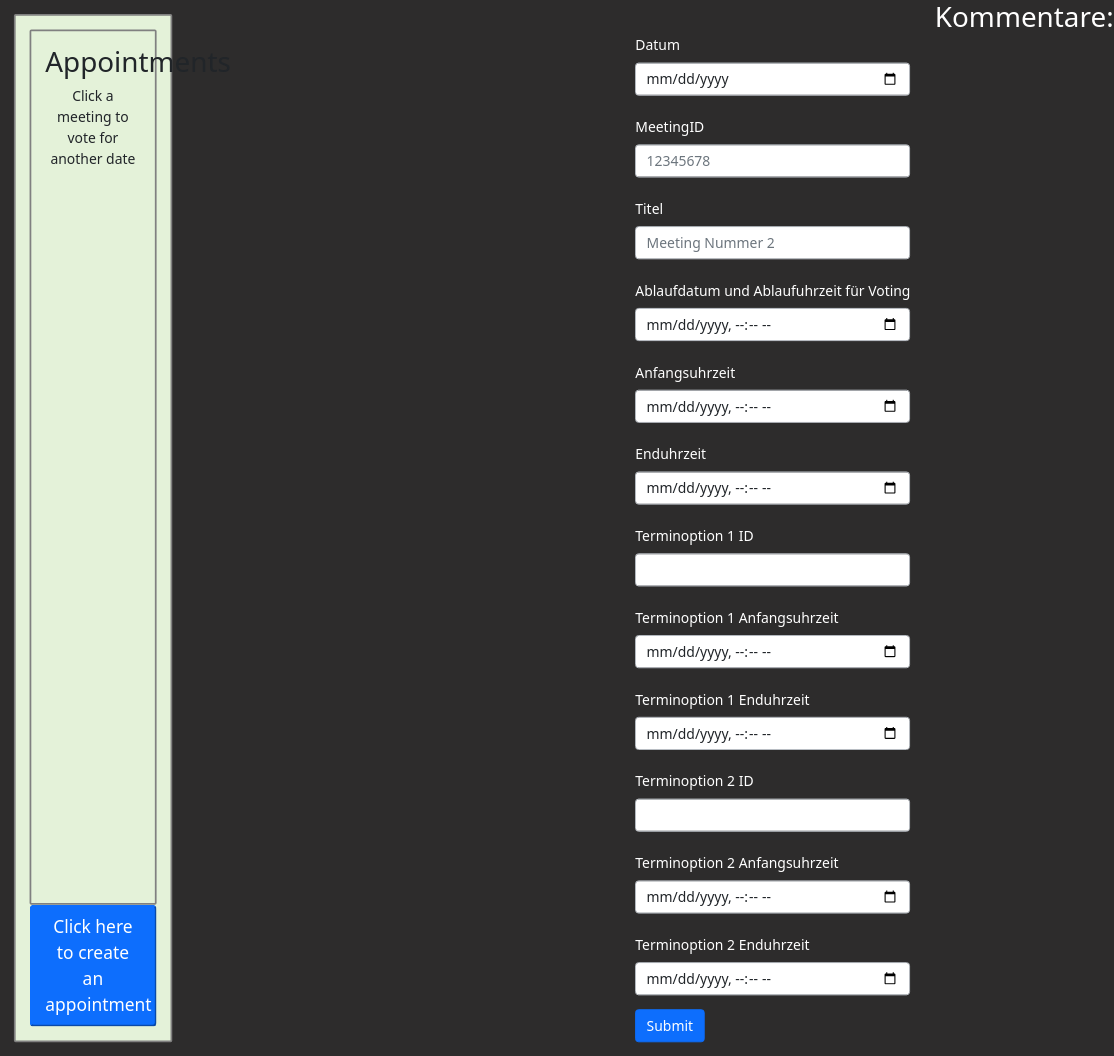
Repository: wlichon/Semesterprojekt
Page: index.html
The author's editor kept a copy of each file at every save. The page is drawn from the files as they stood at one save, then again after a run of saves.
The browser window is 1280 px wide. The pictures show the whole page, at 87% of full size.
The page's requests for data from a server got no answer. Some web libraries are served in a nearby version.

Above is the page before, as saved 2022-04-27 23:50:02.

### index.html
<!DOCTYPE html>
<html lang="en">
<head>
    <link href="https://cdn.jsdelivr.net/npm/bootstrap@5.1.3/dist/css/bootstrap.min.css" rel="stylesheet" integrity="sha384-1BmE4kWBq78iYhFldvKuhfTAU6auU8tT94WrHftjDbrCEXSU1oBoqyl2QvZ6jIW3" crossorigin="anonymous">
    <link rel="stylesheet" href="https://cdn.jsdelivr.net/npm/bootstrap-icons@1.8.1/font/bootstrap-icons.css">
    <script
    src="https://code.jquery.com/jquery-3.6.0.min.js"
    integrity="sha256-/xUj+3OJU5yExlq6GSYGSHk7tPXikynS7ogEvDej/m4="
    crossorigin="anonymous"></script>
    <script src="https://cdnjs.cloudflare.com/ajax/libs/jqueryui/1.12.1/jquery-ui.min.js" integrity="sha512-uto9mlQzrs59VwILcLiRYeLKPPbS/bT71da/OEBYEwcdNUk8jYIy+D176RYoop1Da+f9mvkYrmj5MCLZWEtQuA==" crossorigin="anonymous" referrerpolicy="no-referrer"></script>
    <meta charset="UTF-8">
    <meta http-equiv="X-UA-Compatible" content="IE=edge">
    <meta name="viewport" content="width=device-width, initial-scale=1.0">
    <link rel="stylesheet" href="frontend/css/mystyle.css">
    <script src="frontend/script/script.js" defer></script>
    <title>Appointment Finder</title>
</head>
<body class="d-flex justify-content-center">
    <div class="container m-3 d-flex justify-content-center">
        <div class="events row flex-grow-1" id="events">
            <div class="col-md-3 d-flex justify-content-between" style="flex-direction: column">

                <div class="col">
                    <h2 class="align-self-center">Appointments</h2>
                    <p class="">Click a meeting to vote for another date</p>
                </div>
                <button class = "btn-primary btn-lg" id = "createappointment"> Click here to create an appointment</button>


                </div>
             </div>

             <form id = "checkboxnamecomment">
            <div class="appointments row flex-grow-1" id="appointments">
                <div class="col-md d-flex justify-content-between" style="flex-direction: column">
                    <div class="row h-80">
                        <div class="col">
                           <h2 class="align-self-center">Options</h2>
                        </div>
                    </div>
                    <!--
                    <div class="row inputs h-20 align-self-bottom">
                        <div class="col-md">
                            <i class="bi bi-person-circle m-1"></i><input type="text" placeholder="Name" name = "personname" id = "personname" >
                        </div>
                    </div>
                    -->
                </div>
            </form>
        </div>



        <form id = "createappointmentform" >
            <div class="form-group">
              <label for="date" class ="text-white mt-4 mb-2">Datum</label>
              <input type="date" class="form-control" name="date" id="date" required>
            </div>
            <div class="form-group">
                <label for="meetingid" class ="text-white mt-4 mb-2">MeetingID</label>
                <input type="number" class="form-control" name="meetingid" id="meetingid" placeholder="12345678" required>
            </div>
            <div class="form-group">
                <label for="title" class ="text-white mt-4 mb-2">Titel</label>
                <input type="text" class="form-control" name="title" id="title" placeholder="Meeting Nummer 2" required>
            </div>
              <div class="form-group">
                <label for="votingExpirationDate" class ="text-white mt-4 mb-2">Ablaufdatum und Ablaufuhrzeit für Voting</label>
                <input type="datetime-local" class="form-control" name="votingExpirationDate" id="votingExpirationDate"  required>
            </div>
              <div class="form-group">
                <label for="begin" class ="text-white mt-4 mb-2">Anfangsuhrzeit</label>
                <input type="datetime-local" class="form-control" name="begin" id="begin" required>
            </div>
              <div class="form-group">
                <label for="end" class ="text-white mt-4 mb-2">Enduhrzeit</label>
                <input type="datetime-local" class="form-control" name="end" id="end"  required>
            </div>
            <div class="form-group">
                <label for="terminoption1id" class ="text-white mt-4 mb-2">Terminoption 1 ID</label>
                <input type="number" class="form-control" name="terminoption1id" id="terminoption1id"  required>
            </div>
            <div class="form-group">
                <label for="terminoption1begin" class ="text-white mt-4 mb-2">Terminoption 1 Anfangsuhrzeit</label>
                <input type="datetime-local" class="form-control" name="terminoption1begin" id="terminoption1begin"  required>
            </div>
            <div class="form-group">
                <label for="terminoption1end" class ="text-white mt-4 mb-2">Terminoption 1 Enduhrzeit</label>
                <input type="datetime-local" class="form-control" name="terminoption1end" id="terminoption1end"  required>
            </div>
            <div class="form-group">
                <label for="terminoption2id" class ="text-white mt-4 mb-2">Terminoption 2 ID</label>
                <input type="number" class="form-control" name="terminoption2id" id="terminoption2id"  required>
            </div>
            <div class="form-group">
                <label for="terminoption2begin" class ="text-white mt-4 mb-2">Terminoption 2 Anfangsuhrzeit</label>
                <input type="datetime-local" class="form-control" name="terminoption2begin" id="terminoption2begin"  required>
            </div>
            <div class="form-group">
                <label for="terminoption2end" class ="text-white mt-4 mb-2">Terminoption 2 Enduhrzeit</label>
                <input type="datetime-local" class="form-control" name="terminoption2end" id="terminoption2end"  required>
            </div>
            <button name = "submit" type="submit" class="btn btn-primary mt-3">Submit</button>
          </form>
            </div>
            <h2 class = "text-white"> Kommentare: </h2>

    <script src="https://cdn.jsdelivr.net/npm/bootstrap@5.1.3/dist/js/bootstrap.bundle.min.js" integrity="sha384-ka7Sk0Gln4gmtz2MlQnikT1wXgYsOg+OMhuP+IlRH9sENBO0LRn5q+8nbTov4+1p" crossorigin="anonymous"></script>
</body>
</html>

### frontend/css/mystyle.css
[class*="col"]{
    text-align:center;
    border: 2px solid grey;
    padding: 1rem;
    border-radius: 2px;
    background-color:rgb(228, 242, 217);
}

.bi-person-circle{
    font-size: 1.5rem;
}

.inputs > div{
    background-color: rgb(89, 209, 61);
}

body{
    background-color:rgb(45, 44, 44);
}

.wrapper{
    border-radius: 5px;
    border: none;
    background-color: lightcyan;
}

.container{
    border-radius: 5px;
}

#lslide{
    background-color:blue;
    border-radius:10px;
}

.event{
    cursor: pointer;
}

.event:hover{
    background-color:blue;
}

.noevent:hover{
    pointer-events: none;
}

.bi-backspace-fill:hover{
    cursor:pointer;
    background-color: red;
}

### frontend/script/script.js
"use strict";
var months = ["Jan", "Feb", "Mar", "Apr", "May", "Jun", "Jul", "Aug", "Sep", "Oct", "Nov", "Dec"];
var days = ["Mon", "Tue", "Wed", "Thu", "Fri", "Sat", "Sun"];
var slidebutton = "<div class='btn btn-primary col-auto p-1' id='lslide'><i class='bi bi-chevron-left'></i></div>";
var commentbar = "<div class='row mt-5 comment'><div class='input-group input-group-lg'><span class='input-group-text' id='inputGroup-sizing-lg'>Comment</span><input type='text' class='form-control' aria-label='Sizing example input' aria-describedby='inputGroup-sizing-lg'><button class='btn btn-outline-secondary bg-primary text-white' type='button' id='submit'>Submit</button></div></div>";
$(function () {
    $("#appointments").hide();
    $("#events").hide();
    $.ajax({
        type: "GET",
        url: "backend/serviceHandler.php",
        cache: false,
        data: { function: "loadAppointments" },
        dataType: "json",
        success: function (response) {
            // bei sucess liefert loadAppointments ein Array mit den ganzen Appointments in dem Format:
            //  Appointment("25-06-2027", "Meeting4", "22-05-2025 19:30:00", "18:00", "18:30", [2, 3]) also:
            // Appointment("Tag-Monat-Jahr", "MeetingNummer", "ExpirationDate", "UhrzeitBeginn", "Uhrzeitende", "OptionsID");
            // Appointment ($date,$title,$votingExpirationDate,$begin,$end,$optionIDs)3222
            console.log("success");
            $.each(response, function (i, val) {
                var counter = 1;
                var date = new Date(val["date"]["date"]);
                var month = months[date.getMonth()];
                var day = days[date.getDay()];
                var dayOfMonth = date.getDate();
                var year = date.getFullYear();
                var expiration = val["votingExpirationDate"]["date"].substr(0, 19);
                var begin = val["begin"]["date"].substr(11).substr(0, 8);
                var end = val["end"]["date"].substr(11).substr(0, 8);
                var id = val["optionIDs"];
                $("#events").append("<div class='col-md-2 event' id =" + counter + " + data=" + id + ">" +
                    "<div class='col wrapper'>" +
                    "<h2>" + val["title"] + "</h2>" +
                    "<h4>" + month + "</h4>" +
                    "<h3>" + dayOfMonth + "</h3>" +
                    "<p>" + day + "</p>" +
                    "<p>Begins: " + begin + "</p>" +
                    "<p>Ends: " + end + "</p>" +
                    "<h6><p>Voting ends:</p>" +
                    "<p>" + expiration + "</p></h6>" +
                    "</div> </div>");
                var isexpired = new Date(expiration);
                var today = new Date();
                if (isexpired <= today) {
                    $("#" + counter).append("<h5 class = 'mt-3' > abgelaufen! </h5>");
                    $("#" + counter).attr("class", "col-md-2 noevent");
                }
                counter++;
            });
        },
        complete: function () {
            $(".event").on('click', function (e) {
                var self = e.currentTarget; // Element was das Klick getriggert hat
                $("#events").hide("slide", { direction: "left" }, 1000, function () {
                    console.log(self);
                    var optionIDs_string = self.getAttribute("data");
                    var optionIDs = Array.from(optionIDs_string.split(","));
                    console.log(optionIDs);
                    $.ajax({
                        type: "GET",
                        url: "backend/serviceHandler.php",
                        cache: false,
                        data: { function: "loadOptions", param: optionIDs },
                        dataType: "json",
                        success: function (response) {
                            console.log("success");
                            console.log(response);
                            $.each(response, function (i, val) {
                                var date = new Date(val["date"]["date"]);
                                console.log("loop");
                                var month = months[date.getMonth()];
                                var day = days[date.getDay()];
                                var dayOfMonth = date.getDate();
                                var year = date.getFullYear();
                                var begin = val["begin"]["date"].substr(11).substr(0, 8);
                                var end = val["end"]["date"].substr(11).substr(0, 8);
                                $("#appointments").append("<div class='col-md'>" +
                                    "<div class='col-md event'>" +
                                    "<div class='col wrapper'>" +
                                    "<h4>" + month + "</h4>" +
                                    "<h3>" + dayOfMonth + "</h3>" +
                                    "<p>" + day + "</p>" +
                                    "<p>Begins: " + begin + "</p>" +
                                    "<p>Ends: " + end + "</p>" +
                                    "</div></div>" +
                                    "<div class='row inputs h-20'>" +
                                    "<div class='col-md'><input class='form-check-input' type='checkbox' value=''></div></div></div>");
                            });
                            $("#appointments").append(slidebutton + commentbar);
                            $("#lslide").on('click', slidebar);
                        },
                        error: function (response) {
                            console.log("failure");
                        }
                    }),
                        setTimeout(function () { return $("#appointments").show("slide", 1000); }, 100);
                });
            });
            $("#events").show("slide", 1000);
        },
        error: function (e) {
            console.log("failure");
        }
    });
    console.log("hi");
    $("#submit").on('click', function () {
        console.log($("#test").prop("checked"));
    });
});
var optionNameInput = '<div class="col-md d-flex justify-content-between" style="flex-direction: column">' +
    '<div class="row h-80">' +
    '<div class="col">' +
    '<h2 class="align-self-center">Options</h2>' +
    '</div>' +
    '</div>' +
    '<div class="row inputs h-20 align-self-bottom">' +
    '<div class="col-md">' +
    '<i class="bi bi-person-circle m-1"></i><input type="text" placeholder="Name">' +
    '</div>' +
    '</div>' +
    '</div>';
function slidebar() {
    $("#appointments").hide("slide", { direction: "left" }, 1000, function () {
        $("#appointments").empty().append(optionNameInput);
        $("#events").show("slide", 1000);
    });
}

After the next 2 saves:
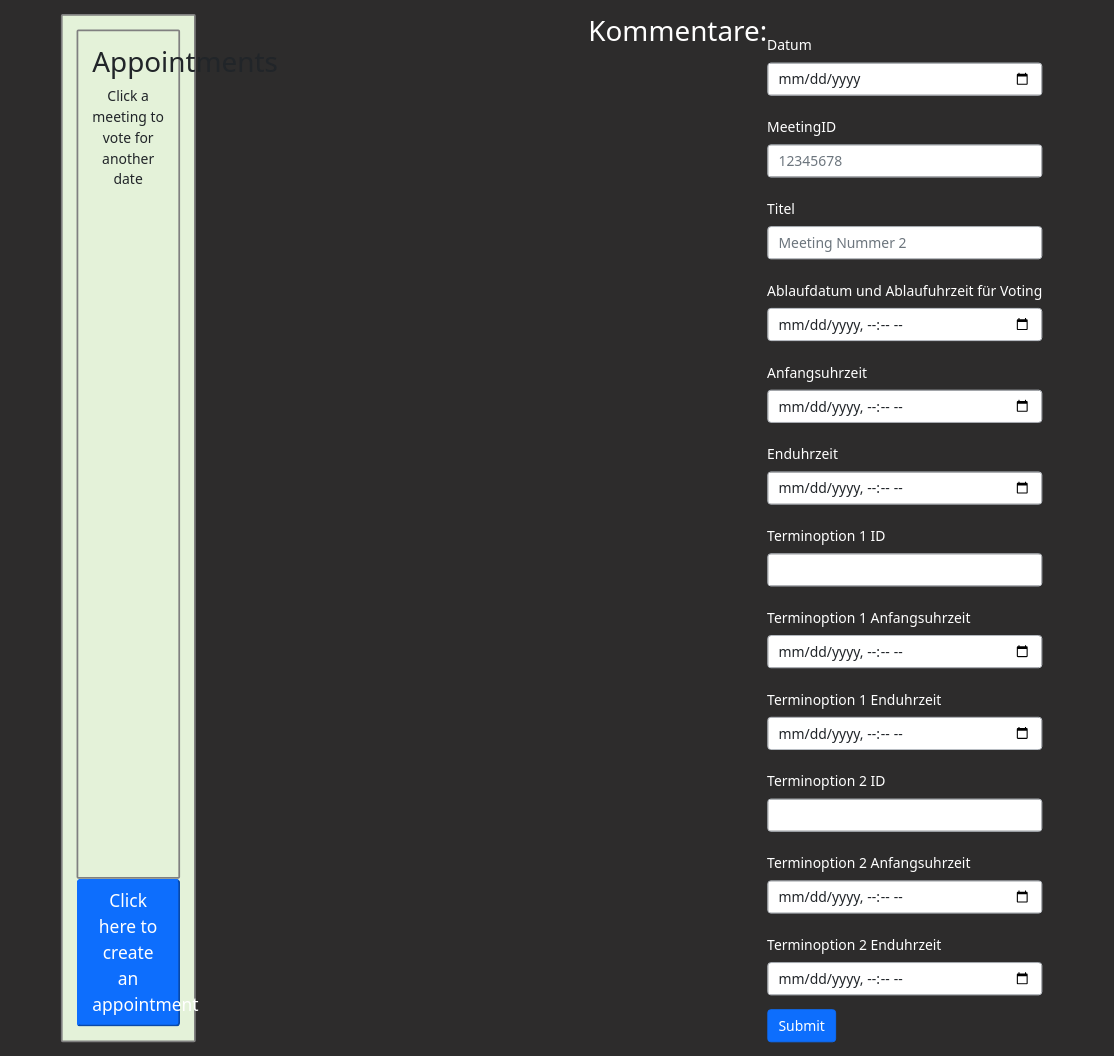
The 2 saves are shown as one change because they came seconds apart.
The last was saved 11 s later.
--- a/index.html
+++ b/index.html
@@ -49,7 +49,7 @@
             </form>
         </div>
 
-
+        <h2 class = "text-white"> Kommentare: </h2>
 
         <form id = "createappointmentform" >
             <div class="form-group">
@@ -103,7 +103,7 @@
             <button name = "submit" type="submit" class="btn btn-primary mt-3">Submit</button>
           </form>
             </div>
-            <h2 class = "text-white"> Kommentare: </h2>
+
 
     <script src="https://cdn.jsdelivr.net/npm/bootstrap@5.1.3/dist/js/bootstrap.bundle.min.js" integrity="sha384-ka7Sk0Gln4gmtz2MlQnikT1wXgYsOg+OMhuP+IlRH9sENBO0LRn5q+8nbTov4+1p" crossorigin="anonymous"></script>
 </body>
